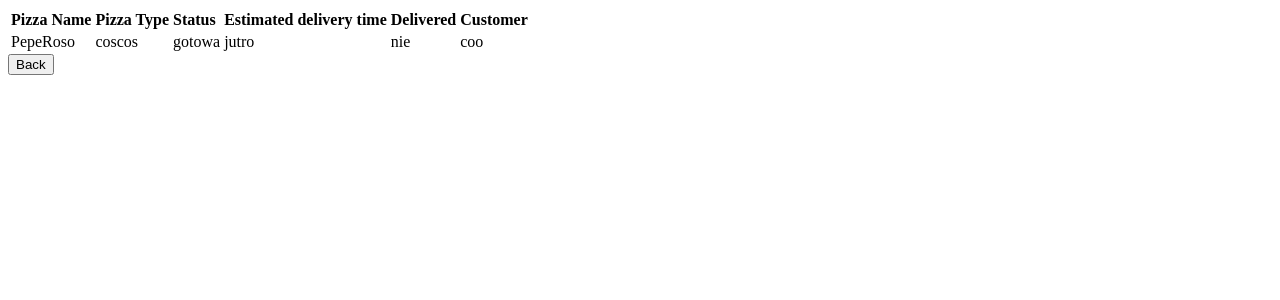
Repository: wisni4k/html-trainee
Page: testWeb/WebContent/OrdersList.html
An editor plug-in stored every save of this project. The page is shown before and after the next save, followed by the edit.
The browser window is 1280 px wide. The pictures show the whole page.

Above is the page before, as saved 2015-07-10 13:01:09.

After the next save:
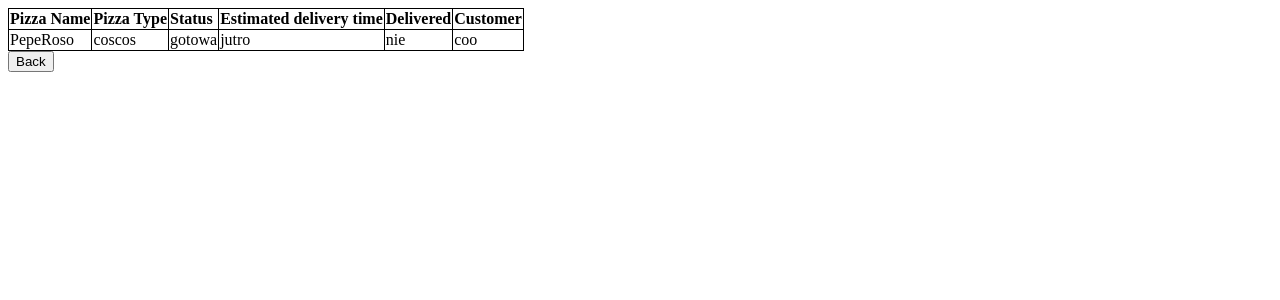
Saved 30 s later.
--- a/testWeb/WebContent/OrdersList.html
+++ b/testWeb/WebContent/OrdersList.html
@@ -3,6 +3,7 @@
 <head>
 <meta charset="UTF-8">
 <title>Insert title here</title>
+<link rel="stylesheet" type="text/css" href="TableStyle.css">
 </head>
 <body>
 
